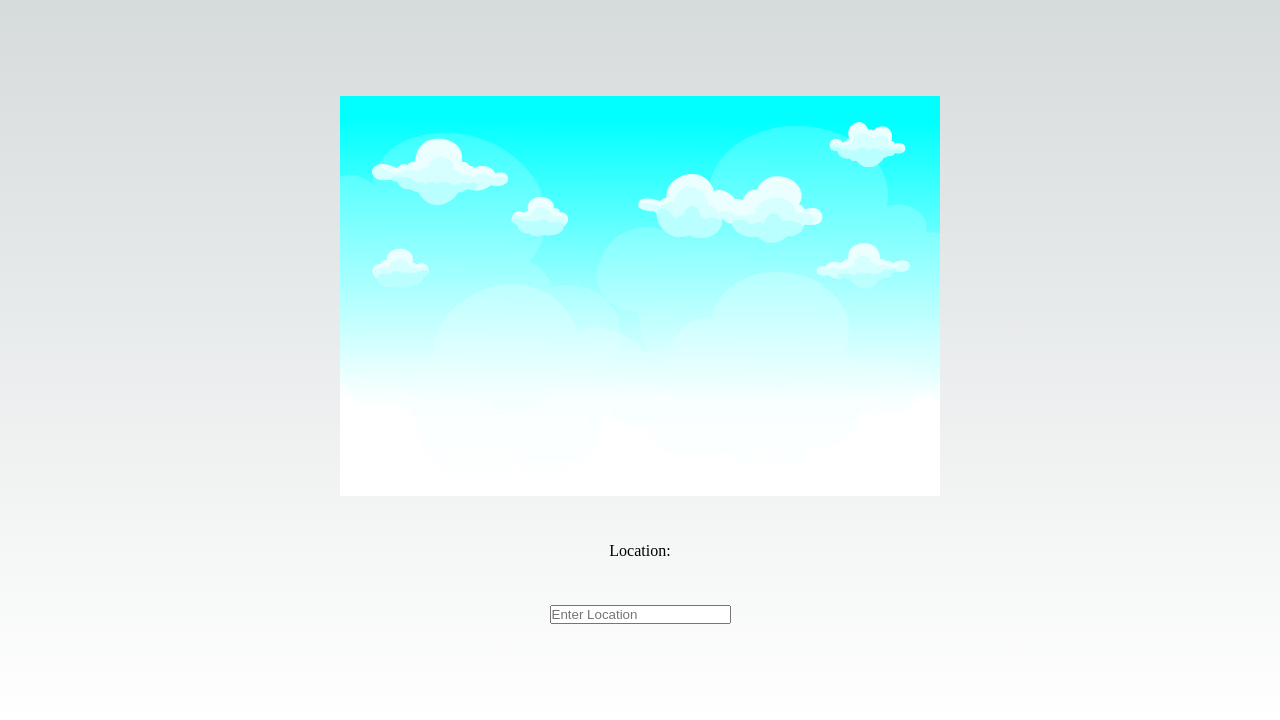
Repository: shaelorch/weather
Page: /
The author's editor kept a copy of each file at every save. The page is drawn from the files as they stood at one save, then again after the next save.
The browser window is 1280 px wide. The pictures show the whole page.
The project was rebuilt for these pictures with package versions that can differ from the ones it lists, and the page was loaded fresh each time. The framework's server and built-in components were replaced by stand-ins that run in the browser. Also part of the build but not shown: next.config.js.

Above is the page before, as saved 2023-01-17 11:44:49.

### pages/index.js
import Head from 'next/head'
import Image from 'next/image'
import { Inter } from '@next/font/google'
import styles from '@/styles/Home.module.css'
import axios from 'axios'
import { useState } from 'react';

const inter = Inter({ subsets: ['latin'] })



export default function Home() {
  const [location, setLocation] = useState('');
  const [data, setData] = useState({});
  const [weather, setWeather] = useState();
  const [errorMessage, setErrorMessage] = useState("");

  var apiKey = "5bb65e5dcdd88d96c09dd61a44557240";
  var lang = "fr";
  var units = "metric";
  const url = `https://api.openweathermap.org/data/2.5/weather?q=${location}&units=${units}&appid=${apiKey}&lang=${lang}`

  const searchLocation = (event) => {
    if(event.key === "Enter") {
      axios.get(url)
      .then((response) => {
        console.clear();
        setData(response.data);
        console.log(response.data);
        setWeather(response.data.weather);
        setErrorMessage("");
      }).catch(err => {
        console.log(err);
        setErrorMessage("Please enter another location");
        setData({});
        setWeather()
      })
      setLocation('')
  }}

  return <main className={styles.main}>

    <img styles={styles.background} src="/clouds.jpg"/>
    <div>
      <p>Location:</p>
      {data.name}
    </div>

    <input
    value={location}
    onChange={event => setLocation(event.target.value)}
    placeholder="Enter Location"
    onKeyDown={searchLocation}
    type="text"
    />

    {
      weather && weather.map((w, index)=> {
        return(
          <div key={index}>
            <div>{w.description}</div>
            <div>{w.main}</div>
            {data.main.temp} &deg;C
            <p>Feels Like:</p>
            {data.main.feels_like} &deg;C
            </div>










        )
      })
    }

  </main>



}

### styles/Home.module.css
.main {
  display: flex;
  flex-direction: column;
  justify-content: space-between;
  align-items: center;
  padding: 6rem;
  min-height: 100vh;

}

.background {
  width:100%;
  height:100%;
  background-image: url("/clouds.jpg");

}

.description {
  display: inherit;
  justify-content: inherit;
  align-items: inherit;
  font-size: 0.85rem;
  max-width: var(--max-width);
  width: 100%;
  z-index: 2;
  font-family: var(--font-mono);
}

.description a {
  display: flex;
  justify-content: center;
  align-items: center;
  gap: 0.5rem;
}

.description p {
  position: relative;
  margin: 0;
  padding: 1rem;
  background-color: rgba(var(--callout-rgb), 0.5);
  border: 1px solid rgba(var(--callout-border-rgb), 0.3);
  border-radius: var(--border-radius);
}

.code {
  font-weight: 700;
  font-family: var(--font-mono);
}

.grid {
  display: grid;
  grid-template-columns: repeat(4, minmax(25%, auto));
  width: var(--max-width);
  max-width: 100%;
}

.card {
  padding: 1rem 1.2rem;
  border-radius: var(--border-radius);
  background: rgba(var(--card-rgb), 0);
  border: 1px solid rgba(var(--card-border-rgb), 0);
  transition: background 200ms, border 200ms;
}

.card span {
  display: inline-block;
  transition: transform 200ms;
}

.card h2 {
  font-weight: 600;
  margin-bottom: 0.7rem;
}

.card p {
  margin: 0;
  opacity: 0.6;
  font-size: 0.9rem;
  line-height: 1.5;
  max-width: 30ch;
}

.center {
  display: flex;
  justify-content: center;
  align-items: center;
  position: relative;
  padding: 4rem 0;
}

.center::before {
  background: var(--secondary-glow);
  border-radius: 50%;
  width: 480px;
  height: 360px;
  margin-left: -400px;
}

.center::after {
  background: var(--primary-glow);
  width: 240px;
  height: 180px;
  z-index: -1;
}

.center::before,
.center::after {
  content: '';
  left: 50%;
  position: absolute;
  filter: blur(45px);
  transform: translateZ(0);
}

.logo,
.thirteen {
  position: relative;
}

.thirteen {
  display: flex;
  justify-content: center;
  align-items: center;
  width: 75px;
  height: 75px;
  padding: 25px 10px;
  margin-left: 16px;
  transform: translateZ(0);
  border-radius: var(--border-radius);
  overflow: hidden;
  box-shadow: 0px 2px 8px -1px #0000001a;
}

.thirteen::before,
.thirteen::after {
  content: '';
  position: absolute;
  z-index: -1;
}

/* Conic Gradient Animation */
.thirteen::before {
  animation: 6s rotate linear infinite;
  width: 200%;
  height: 200%;
  background: var(--tile-border);
}

/* Inner Square */
.thirteen::after {
  inset: 0;
  padding: 1px;
  border-radius: var(--border-radius);
  background: linear-gradient(
    to bottom right,
    rgba(var(--tile-start-rgb), 1),
    rgba(var(--tile-end-rgb), 1)
  );
  background-clip: content-box;
}

/* Enable hover only on non-touch devices */
@media (hover: hover) and (pointer: fine) {
  .card:hover {
    background: rgba(var(--card-rgb), 0.1);
    border: 1px solid rgba(var(--card-border-rgb), 0.15);
  }

  .card:hover span {
    transform: translateX(4px);
  }
}

@media (prefers-reduced-motion) {
  .thirteen::before {
    animation: none;
  }

  .card:hover span {
    transform: none;
  }
}

/* Mobile */
@media (max-width: 700px) {
  .content {
    padding: 4rem;
  }

  .grid {
    grid-template-columns: 1fr;
    margin-bottom: 120px;
    max-width: 320px;
    text-align: center;
  }

  .card {
    padding: 1rem 2.5rem;
  }

  .card h2 {
    margin-bottom: 0.5rem;
  }

  .center {
    padding: 8rem 0 6rem;
  }

  .center::before {
    transform: none;
    height: 300px;
  }

  .description {
    font-size: 0.8rem;
  }

  .description a {
    padding: 1rem;
  }

  .description p,
  .description div {
    display: flex;
    justify-content: center;
    position: fixed;
    width: 100%;
  }

  .description p {
    align-items: center;
    inset: 0 0 auto;
    padding: 2rem 1rem 1.4rem;
    border-radius: 0;
    border: none;
    border-bottom: 1px solid rgba(var(--callout-border-rgb), 0.25);
    background: linear-gradient(
      to bottom,
      rgba(var(--background-start-rgb), 1),
      rgba(var(--callout-rgb), 0.5)
    );
    background-clip: padding-box;
    backdrop-filter: blur(24px);
  }

  .description div {
    align-items: flex-end;
    pointer-events: none;
    inset: auto 0 0;
    padding: 2rem;
    height: 200px;
    background: linear-gradient(
      to bottom,
      transparent 0%,
      rgb(var(--background-end-rgb)) 40%
    );
    z-index: 1;
  }
}

/* Tablet and Smaller Desktop */
@media (min-width: 701px) and (max-width: 1120px) {
  .grid {
    grid-template-columns: repeat(2, 50%);
  }
}

@media (prefers-color-scheme: dark) {
  .vercelLogo {
    filter: invert(1);
  }

  .logo,
  .thirteen img {
    filter: invert(1) drop-shadow(0 0 0.3rem #ffffff70);
  }
}

@keyframes rotate {
  from {
    transform: rotate(360deg);
  }
  to {
    transform: rotate(0deg);
  }
}

Loaded but not shown: pages/_app.js (common file); pages/_document.js (common file); styles/globals.css (common file)

After the next save:
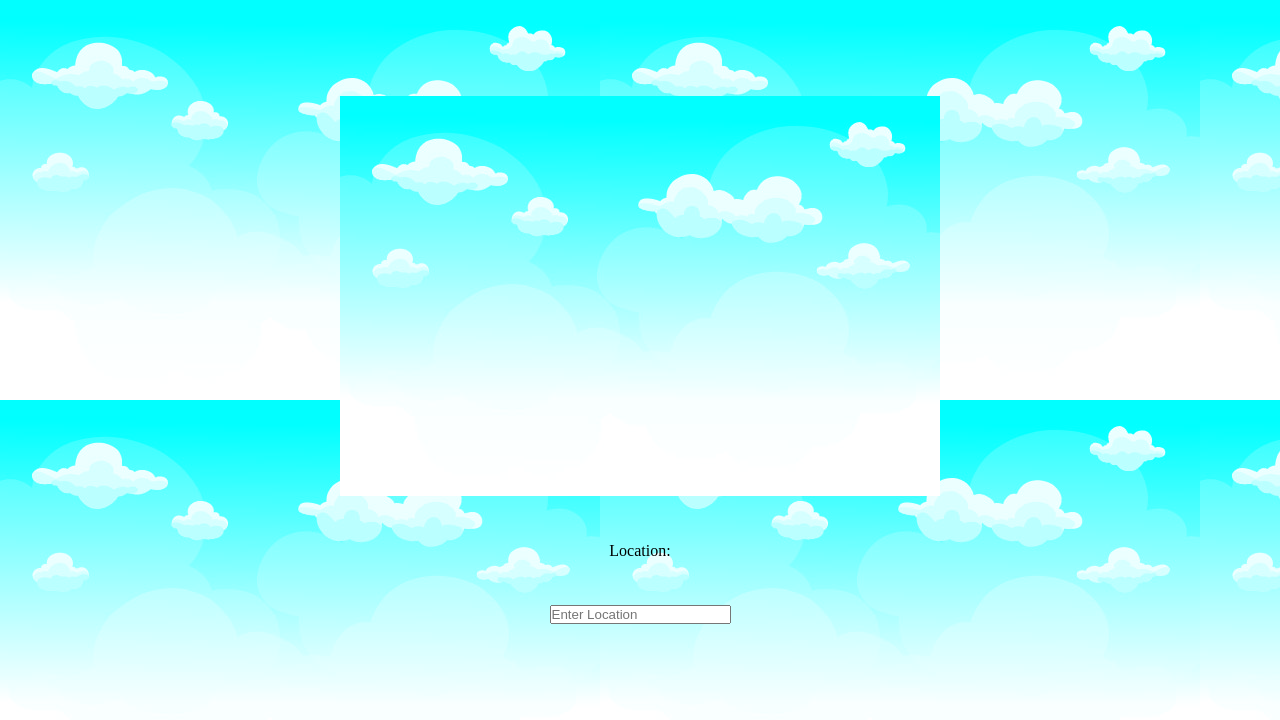
Saved 12 s later.
--- a/styles/Home.module.css
+++ b/styles/Home.module.css
@@ -5,6 +5,7 @@
   align-items: center;
   padding: 6rem;
   min-height: 100vh;
+  background-image: url("/clouds.jpg");
 
 }
 
